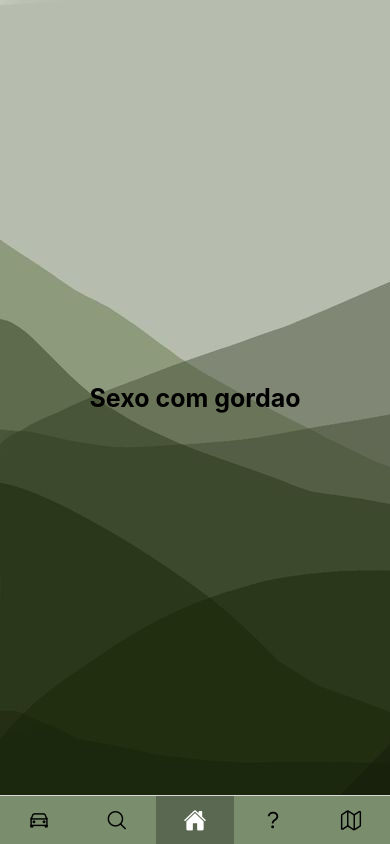
Repository: GabrielAron/EcoWheels
Screen: /Home
The author's editor kept a copy of each file at every save. The screen is drawn from the files as they stood at one save, then again after the next save.
The app was drawn by React Native's web renderer in a window 390 px wide. The project was rebuilt for these pictures with package versions that can differ from the ones it lists, and the page was loaded fresh each time. Also part of the build but not shown: src/Paginas/Carros/index.js, src/Paginas/Ajuda/index.js, src/Paginas/Mapa/index.js.

Above is the screen before, as saved 2023-11-07 12:50:50.

After the next save:
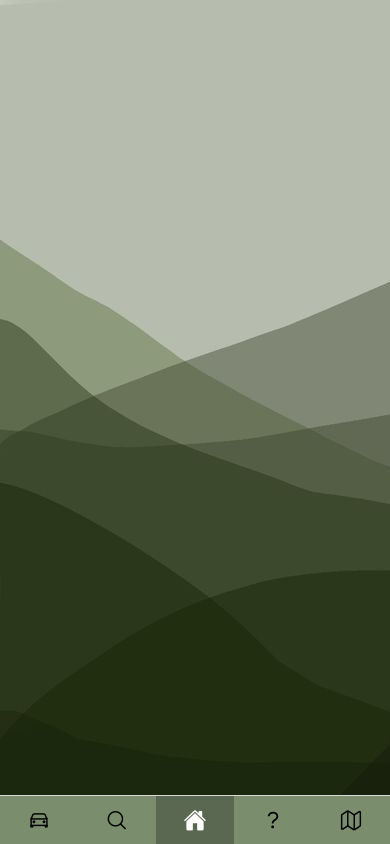
Saved 12 s later.
--- a/src/Paginas/Home/index.js
+++ b/src/Paginas/Home/index.js
@@ -6,7 +6,7 @@ export default function Home() {
   return (
     <View style={styles.container}>
       <ImageBackground source={Fundo} style={styles.image}>
-        <Text style={styles.text}>Sexo com gordao</Text>
+        <Text style={styles.text}></Text>
       </ImageBackground>
     </View>
   );
